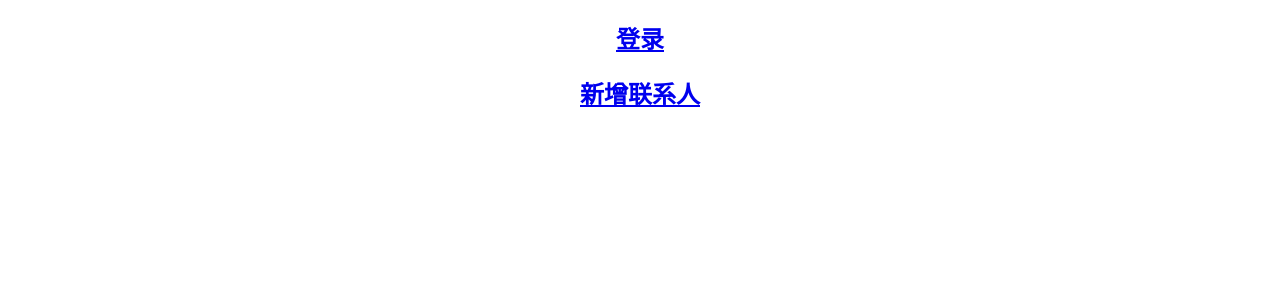
Repository: liujianbo2017/zuoye
Page: http://localhost/demo/
The author's editor kept a copy of each file at every save. The page is drawn from the files as they stood at one save, then again after the next save.
The browser window is 1280 px wide. The pictures show the whole page.
The page is served by Tomcat 9. Other server files are loaded and not shown.

Above is the page before, as saved 2017-10-10 07:45:54.

### demo/WebContent/index.jsp
<%@ page language="java" contentType="text/html; charset=UTF-8"
    pageEncoding="UTF-8"%>
<!DOCTYPE html PUBLIC "-//W3C//DTD HTML 4.01 Transitional//EN" "http://www.w3.org/TR/html4/loose.dtd">
<html>
<head>
<meta http-equiv="Content-Type" content="text/html; charset=UTF-8">
<title>Insert title here</title>
</head>
<body>
	<center>
			<h2>
				<a href="login.jsp">登录</a>
			</h2>
			<h2>
				<a href="linkman_save.jsp">新增联系人</a>
			</h2>
	</center>
</body>
</html>

After the next save:
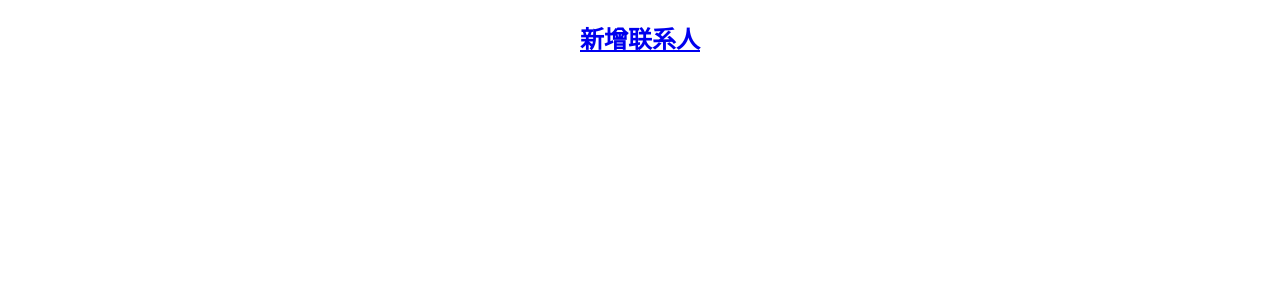
Saved 11 min 28 s later.
--- a/demo/WebContent/index.jsp
+++ b/demo/WebContent/index.jsp
@@ -1,6 +1,7 @@
 <%@ page language="java" contentType="text/html; charset=UTF-8"
     pageEncoding="UTF-8"%>
 <!DOCTYPE html PUBLIC "-//W3C//DTD HTML 4.01 Transitional//EN" "http://www.w3.org/TR/html4/loose.dtd">
+<%@ taglib uri="http://java.sun.com/jsp/jstl/core" prefix="c"%>
 <html>
 <head>
 <meta http-equiv="Content-Type" content="text/html; charset=UTF-8">
@@ -8,11 +9,18 @@
 </head>
 <body>
 	<center>
+		<c:if test="${empty user} ">
 			<h2>
-				<a href="login.jsp">登录</a>
+				<a href="${pageContext.request.contextPath }login.jsp">登录</a>
 			</h2>
+		</c:if>
+		<c:if test="${not empty user }">
 			<h2>
-				<a href="linkman_save.jsp">新增联系人</a>
+				${user.username }:欢迎回来
+			</h2>
+		</c:if>
+			<h2>
+				<a href="${pageContext.request.contextPath }linkman_save.jsp">新增联系人</a>
 			</h2>
 	</center>
 </body>
